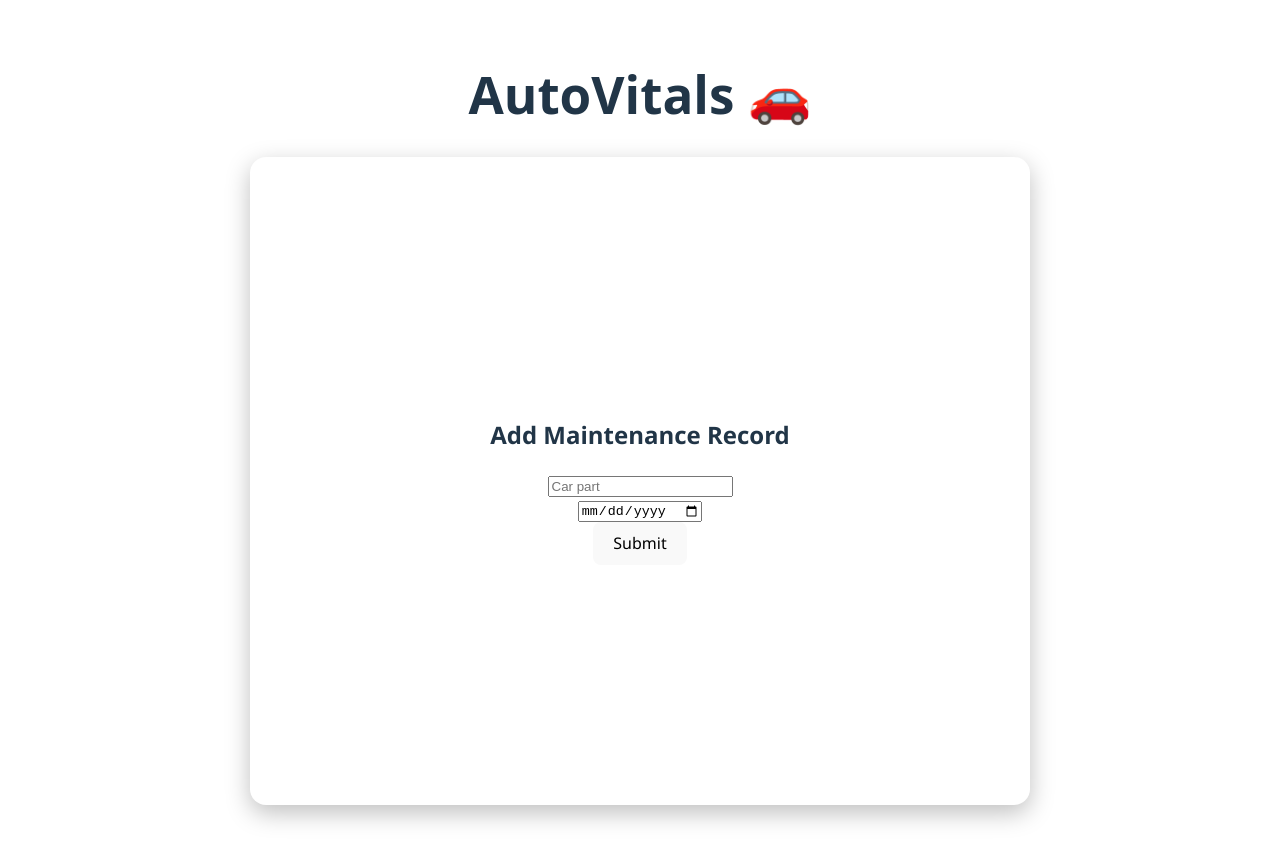
Repository: YoussefAzmires/wevdebautovitals
Page: /add (app in frontend/)
These files come from the project's save history. The page is drawn as it stood at one moment and after a run of saves; the edit follows.
The browser window is 1280 px wide. The pictures show the whole page.
The project was rebuilt for these pictures with package versions that can differ from the ones it lists, and the page was loaded fresh each time. Also part of the build but not shown: frontend/vite.config.ts.

Above is the page before, as saved 2025-04-13 15:48:59.

### frontend/src/App.tsx
import './App.css'
import AddMaintenanceRecordsForm from "./components/AddMaintenanceRecordsForm/AddMaintenanceRecordsForm";
function App() {
  return (
    <div>
      <h1>AutoVitals 🚗</h1>
      <AddMaintenanceRecordsForm />
    </div>
  );
}


export default App

### frontend/src/components/AddMaintenanceRecordsForm/AddMaintenanceRecordsForm.tsx
import { JSX } from 'react';
import './AddMaintenanceRecordsForm.css'



export default function AddMaintenanceRecordsForm() : JSX.Element {
    return (
      <form>
        <h2>Add Maintenance Record</h2>
        <input type="text" placeholder="Car part" />
        <br />
        <input type="date" />
        <br />
        <button type="submit">Submit</button>
      </form>
    );
  }

### frontend/src/components/AddMaintenanceRecordsForm/AddMaintenanceRecordsForm.css
form{
  background-color: white;
  padding: 15em;
  border-radius: 16px;
  box-shadow: 0 8px 24px rgba(0, 0, 0, 0.25);
  max-width: 500px;
  margin: 2rem auto;
  font-family: 'Segoe UI',sans-serif;
}
form h2{
  font-size: 1.5rem;
}

Loaded but not shown: frontend/index.html (common file); frontend/src/main.tsx (common file); frontend/src/index.css (common file); frontend/src/App.css (common file)

After the next 2 saves:
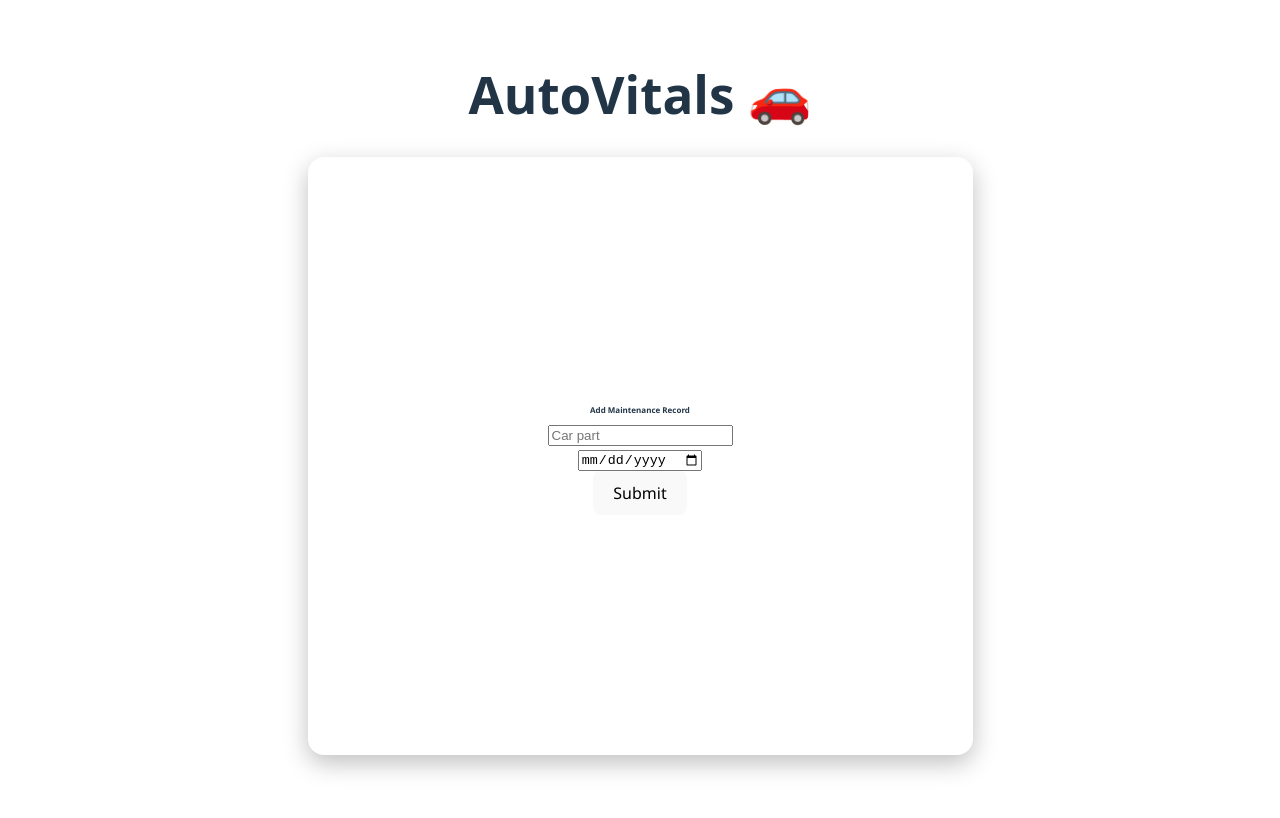
The 2 saves are shown as one change because they came seconds apart.
The last was saved 7 s later.
--- a/frontend/src/components/AddMaintenanceRecordsForm/AddMaintenanceRecordsForm.css
+++ b/frontend/src/components/AddMaintenanceRecordsForm/AddMaintenanceRecordsForm.css
@@ -8,5 +8,5 @@
   font-family: 'Segoe UI',sans-serif;
 }
 form h2{
-  font-size: 1.5rem;
+  font-size: .5rem;
 }

After the save that followed:
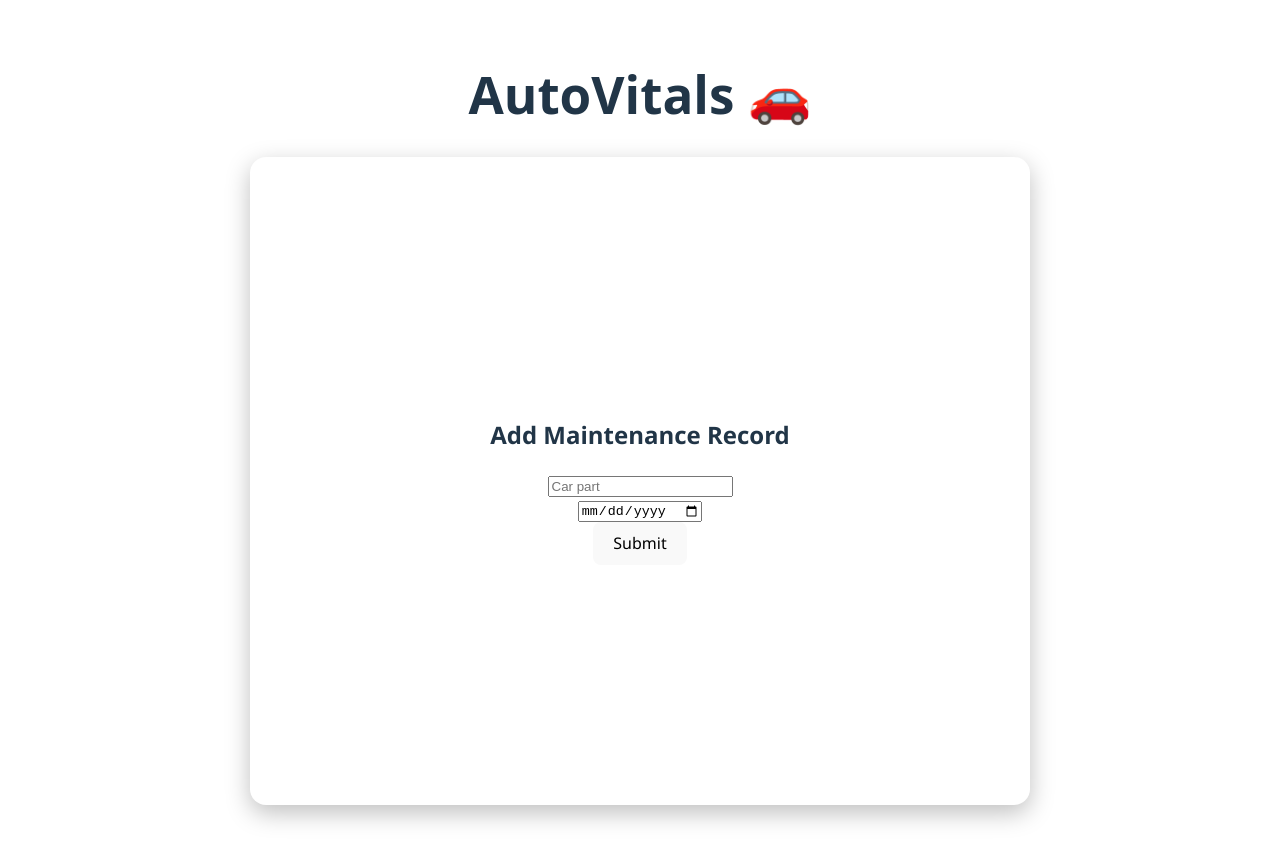
Saved 8 s later.
--- a/frontend/src/components/AddMaintenanceRecordsForm/AddMaintenanceRecordsForm.css
+++ b/frontend/src/components/AddMaintenanceRecordsForm/AddMaintenanceRecordsForm.css
@@ -8,5 +8,5 @@
   font-family: 'Segoe UI',sans-serif;
 }
 form h2{
-  font-size: .5rem;
+  font-size: 1.5rem;
 }
